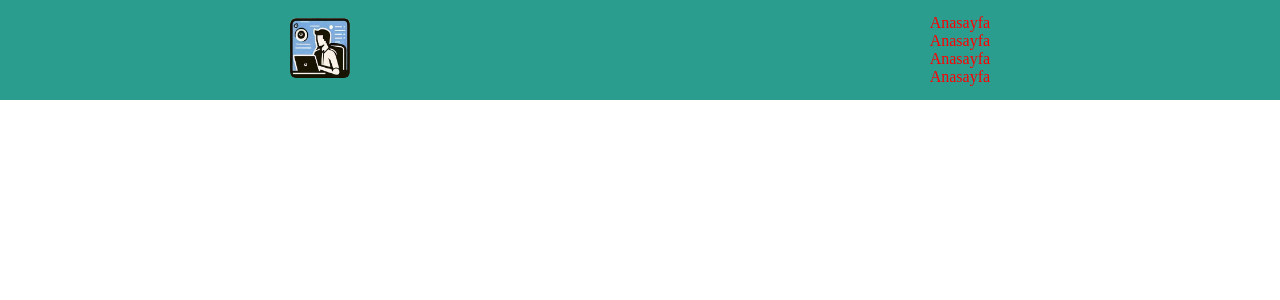
Repository: 0hasandemirtas/react-odev
Page: /
These files come from the project's save history. The page is drawn as it stood at one moment and after the next save; the edit follows.
The browser window is 1280 px wide. The pictures show the whole page.
The project was rebuilt for these pictures with package versions that can differ from the ones it lists, and the page was loaded fresh each time.

Above is the page before, as saved 2024-06-15 22:41:58.

### public/index.html
<!DOCTYPE html>
<html lang="en">
  <head>
    <meta charset="utf-8" />
    <link rel="icon" href="%PUBLIC_URL%/favicon.ico" />
    <meta name="viewport" content="width=device-width, initial-scale=1" />
    <meta name="theme-color" content="#000000" />
    <meta
      name="description"
      content="Web site created using create-react-app"
    />
    <link rel="apple-touch-icon" href="%PUBLIC_URL%/logo192.png" />
    <link rel="manifest" href="%PUBLIC_URL%/manifest.json" />
    <title>React Odev</title>
  </head>
  <body>
    <noscript>You need to enable JavaScript to run this app.</noscript>
    <div id="root"></div>
  </body>
</html>

### src/index.css
body {
  margin: 0;

}

### src/App.js

import './App.css';
import Header from "./components/header";

function App() {
  return (
    <div className="App">

     <Header/>
    </div>
  );
}

export default App;

### src/App.css
.App {
  text-align: center;
}
.App-header {
  background-color: #282c34;
  min-height: 100vh;
  display: flex;
  flex-direction: column;
  align-items: center;
  justify-content: center;
  color: white;
}

.App-link {
  color: #61dafb;
}

### src/components/header/index.js
import React from 'react';
//import logo2 from './logo2.png';
import useStyles from './stylesheet';

const Header = ()=>{
  const classes = useStyles();
  return (
    <div className={classes.container}>

      <div>
          <img  className={classes.logo} src="./images/logo2.png" />
      </div>
      <div className={classes.titleContainer}>
        <div><a>Anasayfa</a></div>
        <div><a>Anasayfa</a></div>
        <div><a>Anasayfa</a></div>
        <div><a>Anasayfa</a></div>
      </div>

    </div>
  )
}

export default Header

### src/components/header/stylesheet.js
import {
    createUseStyles
} from "react-jss";

const useStyles = createUseStyles({
    container:{
        display:"flex",
        width:"100%",
        height:"100px",
        backgroundColor:"#2A9D8F",
        color:"red",
        alignItems:"center",
        justifyContent:"space-around"
    },
    contentContainer:{
        display:"flex",
        justifyContent:"space-between",
        width:"100%"
    },
    logo:{
        width:"60px",
        height:"60px",
        borderRadius:"6px"
    },
    titleContainer:{
        display:"flex",
        flexDirection:"column"
    }
},
{
    name: "header-component"
});

export default useStyles;

Loaded but not shown: src/index.js (common file)

After the next save:
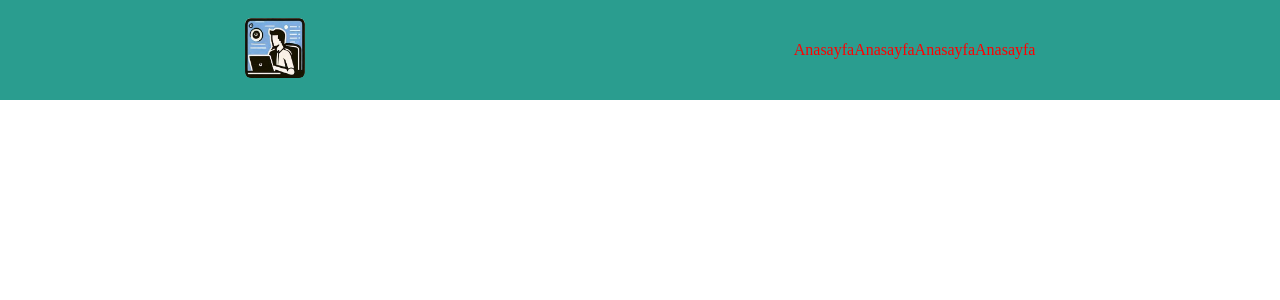
Saved 5 s later.
--- a/src/components/header/stylesheet.js
+++ b/src/components/header/stylesheet.js
@@ -24,7 +24,7 @@
     },
     titleContainer:{
         display:"flex",
-        flexDirection:"column"
+        flexDirection:"colunm"
     }
 },
 {
